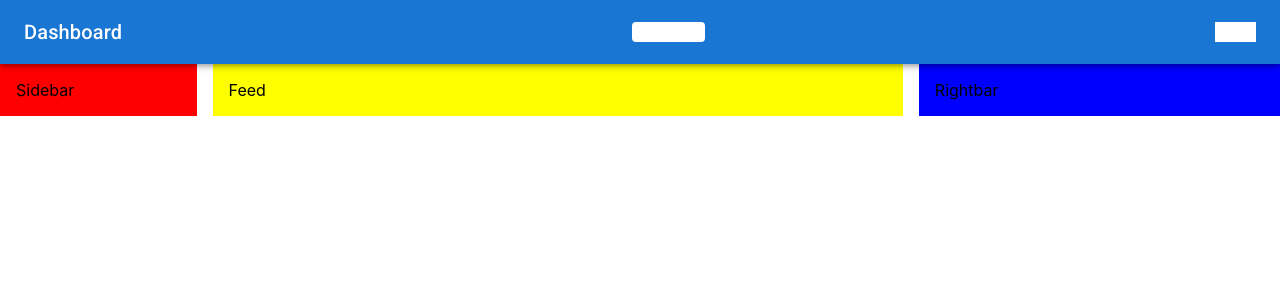
Repository: abubaker-cs/mui5_dashboard
Page: /
The author's editor kept a copy of each file at every save. The page is drawn from the files as they stood at one save, then again after the next save.
The browser window is 1280 px wide. The pictures show the whole page.
The project was rebuilt for these pictures with package versions that can differ from the ones it lists, and the page was loaded fresh each time. Also part of the build but not shown: src/App.css.

Above is the page before, as saved 2022-07-17 06:02:44.

After the next save:
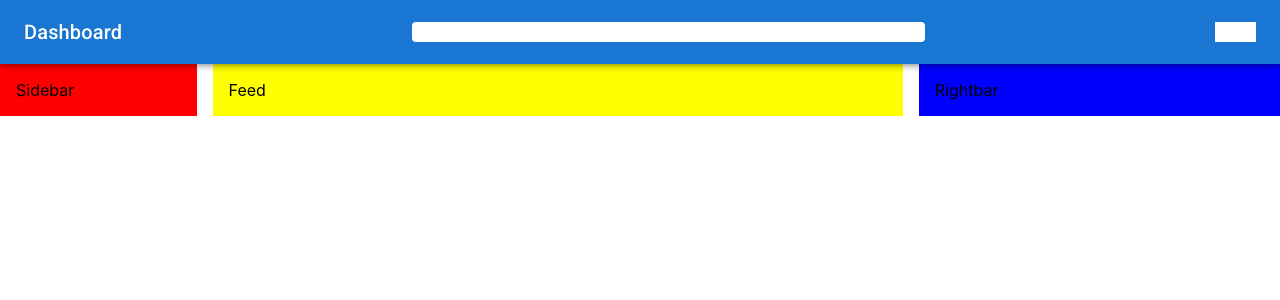
Saved 31 s later.
--- a/src/components/Navbar.jsx
+++ b/src/components/Navbar.jsx
@@ -13,6 +13,7 @@ const Search = styled("div")(({ theme }) => ({
   backgroundColor: "white",
   padding: "0 10px",
   borderRadius: theme.shape.borderRadius,
+  width: "40%",
 }));
 
 const Icons = styled(Box)(({ theme }) => ({
